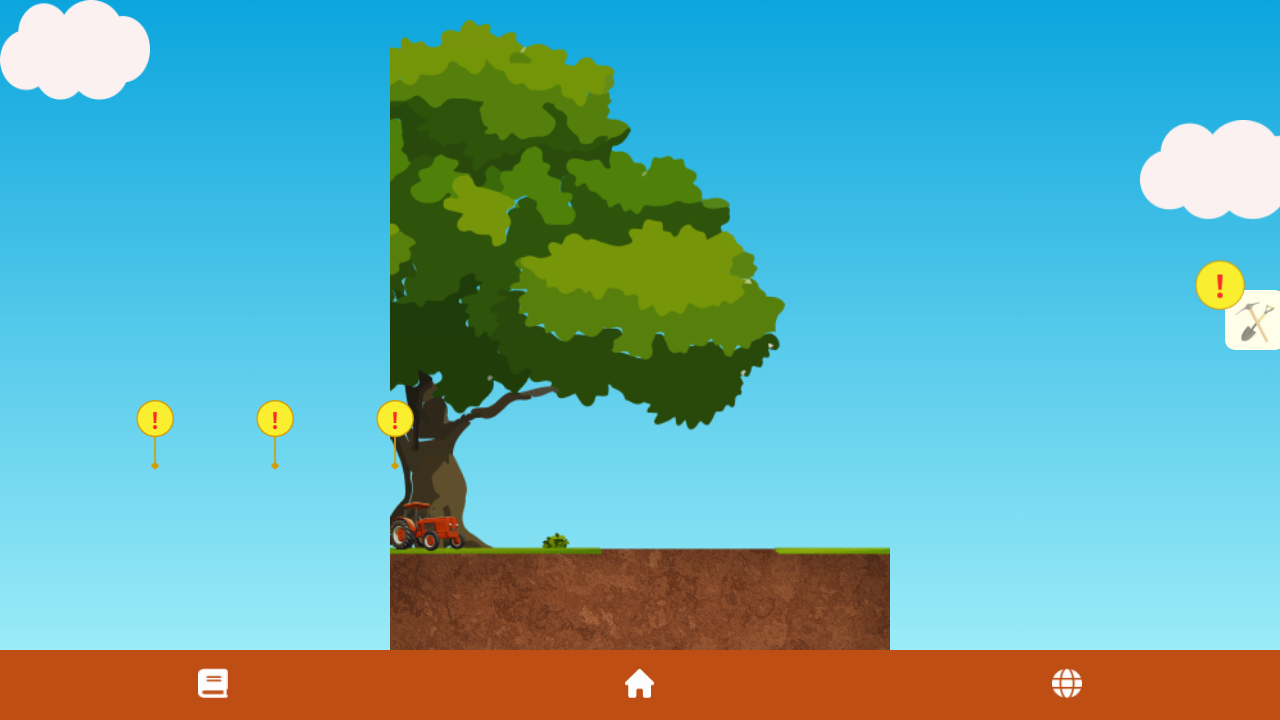
Repository: kobuchisouta/kome-app
Page: /
The author's editor kept a copy of each file at every save. The page is drawn from the files as they stood at one save, then again after the next save.
The browser window is 1280 px wide. The pictures show the whole page.
The project was rebuilt for these pictures with package versions that can differ from the ones it lists, and the page was loaded fresh each time. The framework's server and built-in components were replaced by stand-ins that run in the browser. Also part of the build but not shown: next.config.ts.

Above is the page before, as saved 2025-01-29 11:07:24.

### src/app/layout.tsx
import type { Metadata } from "next";
import localFont from "next/font/local";
import "./globals.css";
import Footer from "./components/footer/Footer";

const geistSans = localFont({
  src: "./fonts/GeistVF.woff",
  variable: "--font-geist-sans",
  weight: "100 900",
});
const geistMono = localFont({
  src: "./fonts/GeistMonoVF.woff",
  variable: "--font-geist-mono",
  weight: "100 900",
});

export const metadata: Metadata = {
  title: "Create Next App",
  description: "Generated by create next app",
};

export default function RootLayout({
  children,
}: Readonly<{
  children: React.ReactNode;
}>) {
  return (
    <html lang="ja">
      <body>
        <header>
        </header>
        <main>

          {children}
        </main>
        <Footer />
      </body>
    </html>

  );
}

### src/app/page.tsx
"use client";
import Head from 'next/head';
import Image from 'next/image';
import { useState } from 'react';
import styles from './page.module.css'; // モジュールCSS
import Link from 'next/link';

export default function Home() {
  const [isModalOpen, setIsModalOpen] = useState(false);

  const openModal = () => setIsModalOpen(true);
  const closeModal = () => setIsModalOpen(false);

  return (
    <>
      <Head>
        <title>米⭐︎すたー</title>
        <meta name="viewport" content="width=device-width,initial-scale=1.0,minimum-scale=1.0" />
        <meta name="description" content="ここに説明文を設定" />
      </Head>

      <main className={styles.main}>
        <div className={styles.contents}>
          <div className={styles.clouds}>
            <p className={styles.cloud1}>
              <Image src="/cloud1.png" alt="雲" width={150} height={100} />
            </p>
            <p className={styles.cloud2}>
              <Image src="/cloud2.png" alt="雲" width={170} height={100} />
            </p>
          </div>

          <div className={styles.tools}>
            <div className={styles.toolBar}>
              <p>
                <Image src="/tools.png" alt="道具" width={50} height={50} />
              </p>
            </div>
            <div className={styles.lookUp}>
              <p>
                <Image src="/pickup.png" alt="見て" width={50} height={50} />
              </p>
            </div>
          </div>

          <div className={styles.stages}>
            <div className={styles.stagePick}>
              <a className={`${styles.stage} ${styles.modalOpen}`} onClick={openModal}>
                <Image src="/pick.png" alt="クリック" width={70} height={70} />
              </a>
              <a className={`${styles.stage} ${styles.modalOpen}`} onClick={openModal}>
                <Image src="/pick.png" alt="クリック" width={70} height={70} />
              </a>
              <a className={`${styles.stage} ${styles.modalOpen}`} onClick={openModal}>
                <Image src="/pick.png" alt="クリック" width={70} height={70} />
              </a>
            </div>

            {isModalOpen && (
              <div className={styles.modal}>
                <div className={styles.modalInner}>
                  <div className={styles.modalContent}>
                    <div className={styles.modalHeader}>
                      <h1>土地選びと購入準備</h1>
                    </div>
                    <div className={styles.modalBody}>
                      <Link href={"/home"}>エリア調査</Link>
                      <Link href={"/home"}>土地の購入</Link>
                      <a href="#">土地の整地</a>
                      <a href="#">水利権の確認</a>
                      <a href="#">情報収集</a>
                    </div>
                    <div className={styles.modalFooter}>
                      <span className={styles.modalClose} onClick={closeModal}>
                        閉じる
                      </span>
                    </div>
                  </div>
                </div>
              </div>
            )}

            <div className={styles.stageImg}>
              <a className={styles.stage1}>
                <Image src="/ine.png" alt="稲" width={50} height={50} />
              </a>
              <a className={styles.stage2}>
                <Image src="/makimaki.png" alt="田植え" width={70} height={70} />
              </a>
              <a className={styles.stage3}>
                <Image src="/sawasawa.png" alt="手入れ" width={70} height={70} />
              </a>
            </div>
          </div>
        </div>
      </main>
    </>
  );
}

### src/app/globals.css
* {
	margin: 0;
	padding: 0;
	box-sizing: border-box;
}
body {
	color: var(--foreground);
	background: var(--background);
	font-family: Arial, Helvetica, sans-serif;
	-webkit-font-smoothing: antialiased;
	-moz-osx-font-smoothing: grayscale;
	display: flex;
	flex-direction: column;
	width: 100%;
	height: 100%;
	margin: 0 auto;
}

* {
	box-sizing: border-box;
	text-decoration: none;
	list-style: none;
}

html {
	width: 100%;
	height: 100vh;
}

### src/app/components/footer/Footer.tsx

import Image from 'next/image';
import styles from './style.module.css';

export default function Footer() {
    return (
        <footer className={styles.footer}>
            <a href='/book' className={styles.book}>
                <Image src="/book.png" alt="book" width={30} height={30} />
            </a>
            <a href='/' className={styles.home}>
                <Image src="/house.png" alt="house" width={30} height={30} />
            </a>
            <a href='/news' className={styles.globe}>
                <Image src="/globe.png" alt="globe" width={30} height={30} />
            </a>
        </footer>
    );
}

### src/app/page.module.css
.main {
	background: url("/tree.png"), linear-gradient(#0ba5dd 0%, #aaf3fa 100%);
	background-repeat: no-repeat, no-repeat;
	background-position: bottom, center; /* 画像を中央に配置 */
	background-size: 500px 700px, auto; /* グラデーションは自動サイズ、画像はカバー */
	width: 100%;
	height: 100vh;
	position: fixed;
}

.contents {
	z-index: 100;
}

.clouds {
	.cloud1 {
		position: absolute;
	}

	.cloud2 {
		position: absolute;
		top: 120px;
		right: -30px;
	}
}
.tools {
	background: #fffee9;
	border-radius: 10px;
	width: 60px;
	height: 60px;
	position: absolute;
	right: -5px;
	top: 290px;

	.toolBar img {
		position: absolute;
		top: 8px;
		left: 4px;
	}

	.lookUp img {
		position: absolute;
		left: -30px;
		top: -30px;
	}
}

.stages {
	.stageImg {
		position: relative;
		display: flex;
		gap: 50px;
		top: 692px;
		left: 130px;
	}

	.stagePick {
		position: absolute;
		bottom: 220px;
		left: 120px;
		display: flex;
		gap: 20px;
		align-items: flex-end;
		background-color: transparent; /* 必要に応じて透明に設定 */
	}
	.stagePick:hover {
		animation: poyopoyo 2s ease-out infinite;
		opacity: 1;
	}
	@keyframes poyopoyo {
		0%,
		40%,
		60%,
		80% {
			transform: scale(1.0);
		}
		50%,
		70% {
			transform: scale(0.95);
		}
	}

	.stagePick {
		background-color: none;
	}

	.stage {
		position: relative;
		width: 100px;
		height: 100px;
	}
	.stage img {
		object-fit: contain;
	}
}

.modal {
	position: fixed;
	top: 0;
	left: 0;
	width: 100%;
	height: 100%;
	background-color: rgba(0, 0, 0, 0.5);
	display: flex;
	justify-content: center;
	align-items: center;
	z-index: 1000;
}

.modalInner {
	background-color: #f2ac3b;
	padding: 20px;
	border-radius: 10px;
	width: 80%;
	max-width: 500px;
}

.modalHeader,
.modalBody,
.modalFooter {
	margin-bottom: 10px;
	display: flex;
	justify-content: center;
	align-items: center;
	flex-direction: column;
	gap: 10px;
}

.modalHeader h1 {
	color: #fff;
	font-size: 1.5rem;
}

.modalBody a {
	color: #fff;
	border: #fff solid 1px;
	width: 100%;
	height: 50px;
	font-weight: bold;
	text-align: center;
	line-height: 50px;
	border-radius: 8px;
}

.modalClose {
	width: 150px;
	height: 50px;
	border-radius: 8px;
	text-align: center;
	line-height: 50px;
	background: #fff;
}
@keyframes modalopen {
	from {
		opacity: 0;
	}
	to {
		opacity: 1;
	}
}

.modal-header h1 {
	margin: 1rem 0;
}

.modal-close {
	font-size: 1.8rem;
}

.modal-close:hover {
	cursor: pointer;
}

### src/app/components/footer/style.module.css
.footer {
	width: 100%;
	height: 70px;
	display: flex;
	justify-content: space-around;
	align-items: center;
	background: #be4e14;
	z-index: 100;
	position: fixed;
	bottom: 0;
}

After the next save:
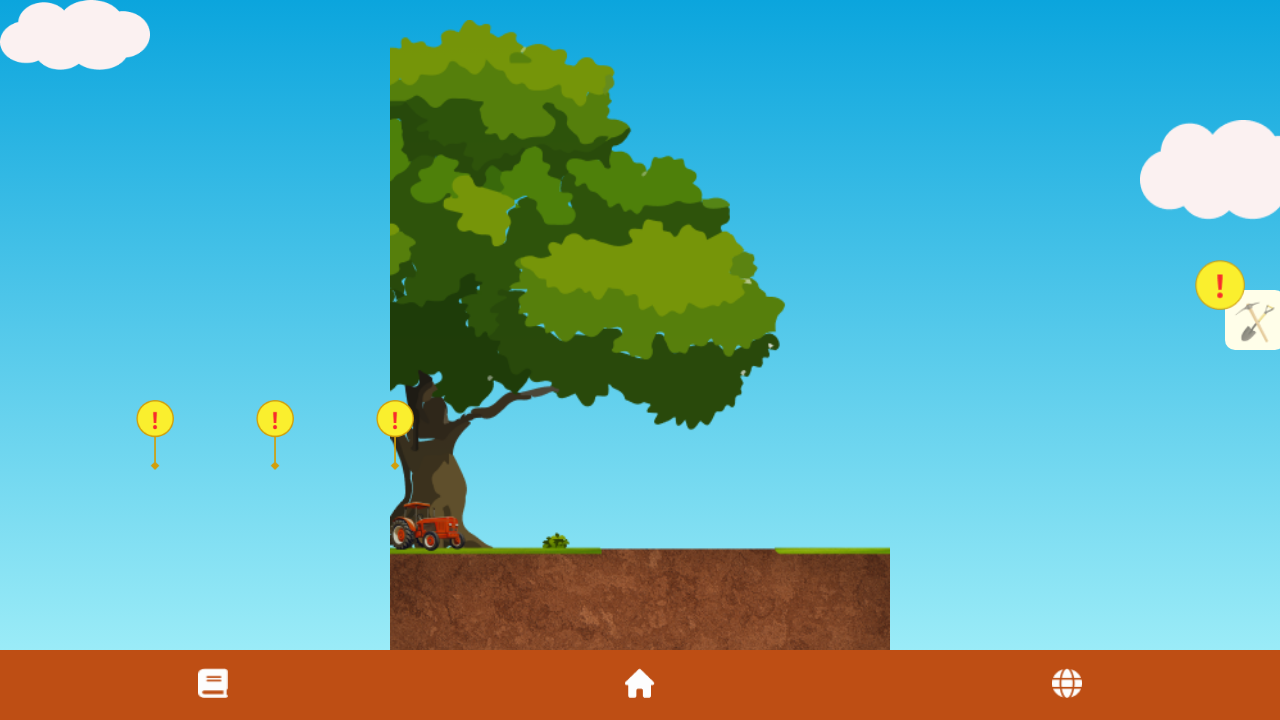
Saved 4 s later.
--- a/src/app/page.tsx
+++ b/src/app/page.tsx
@@ -23,7 +23,7 @@ export default function Home() {
         <div className={styles.contents}>
           <div className={styles.clouds}>
             <p className={styles.cloud1}>
-              <Image src="/cloud1.png" alt="雲" width={150} height={100} />
+              <Image src="/cloud1.png" alt="雲" width={150} height={70} />
             </p>
             <p className={styles.cloud2}>
               <Image src="/cloud2.png" alt="雲" width={170} height={100} />
